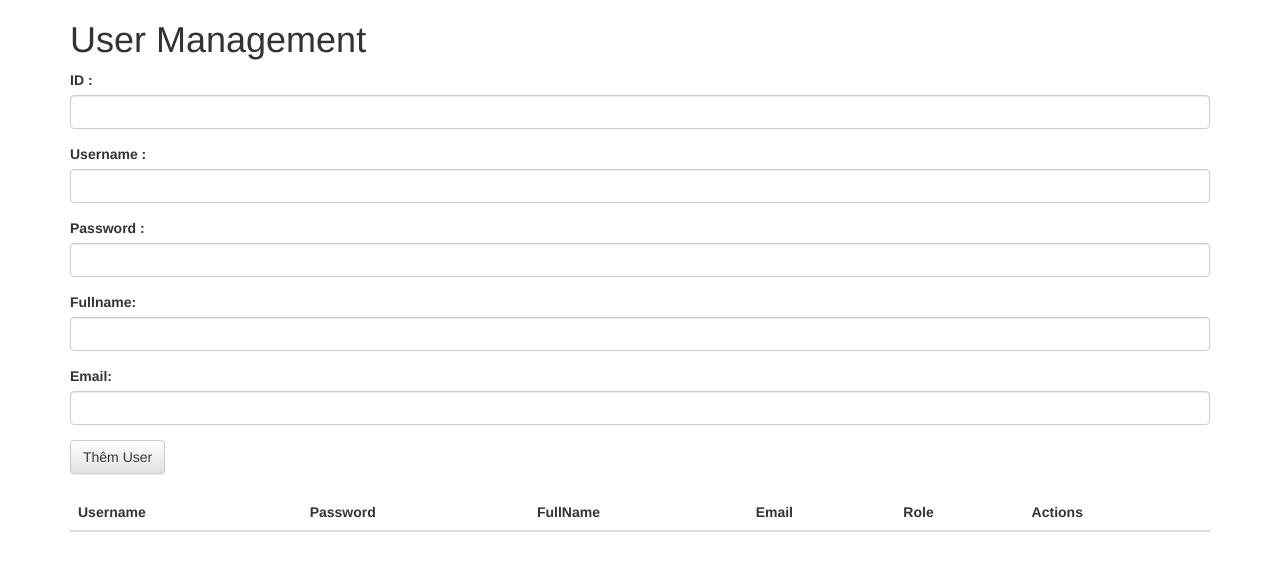
Repository: Hacorbie/Java-Servlet
Page: http://localhost/ASM_JV4/views/User.jsp
The author's editor kept a copy of each file at every save. The page is drawn from the files as they stood at one save, then again after the next save.
The browser window is 1280 px wide. The pictures show the whole page.
Some web libraries are served in a nearby version. The page is served by Tomcat 9.

Above is the page before, as saved 2023-04-09 13:20:04.

After the next save:
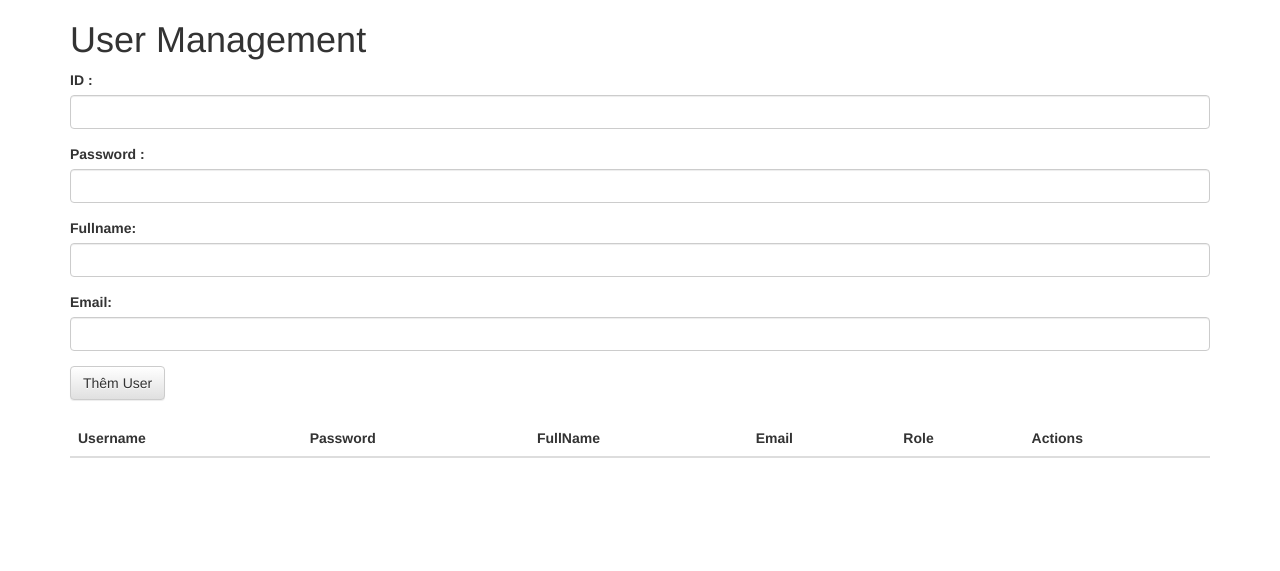
Saved 29 s later.
--- a/ASM_JV4/src/main/webapp/views/User.jsp
+++ b/ASM_JV4/src/main/webapp/views/User.jsp
@@ -22,10 +22,6 @@
 		<div class="form-group">
     <label for="ID">ID :</label>
     <input type="text" class="form-control" name ="ID">
-  </div>
-  <div class="form-group">
-    <label for="title">Username :</label>
-    <input type="text" class="form-control" name ="usn">
   </div>
 			<div class="form-group">
     <label for="title">Password :</label>
